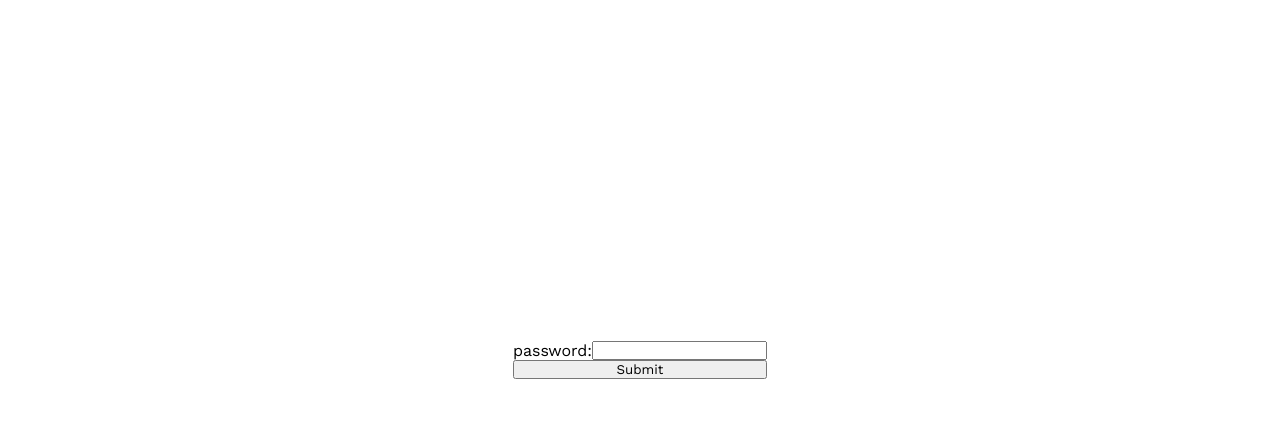
Repository: DOODpls/final_portfolio
Page: http://localhost/login
These files come from the project's save history. The page is drawn as it stood at one moment and after the next save; the edit follows.
The browser window is 1280 px wide. The pictures show the whole page.
Some web fonts or font styles are not loaded; a fallback is used. The page is served by the project's Node server (app.js).

Above is the page before, as saved 2019-12-11 23:26:21.

After the next save:
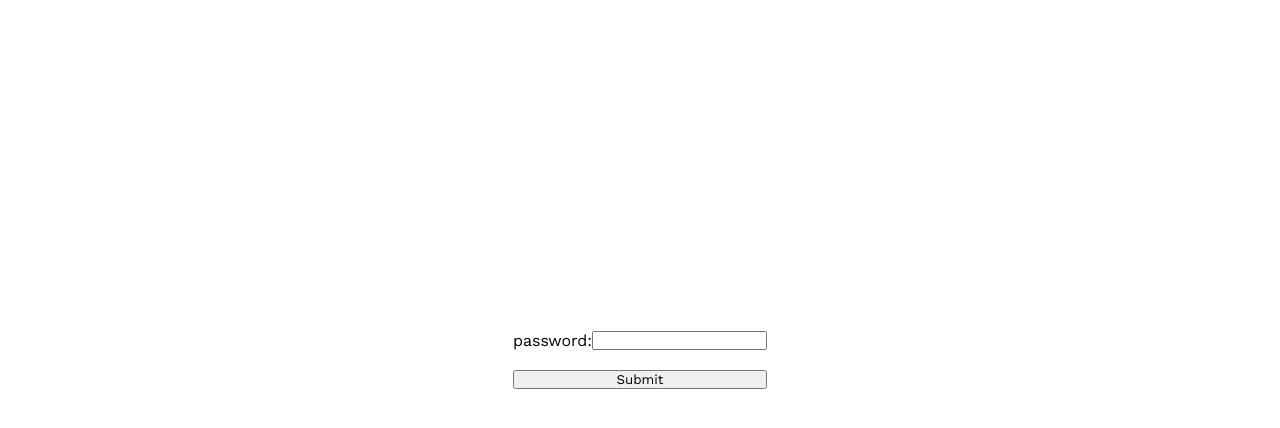
Saved 25 s later.
--- a/public/css/admin.css
+++ b/public/css/admin.css
@@ -3,9 +3,10 @@
 
 .passworddiv{
   display: flex;
+  margin-bottom: 20px;
 }
 .password > p {
-  margin-bottom: 20px;
+
 }
 .admin-container{
   height: 100vh;
